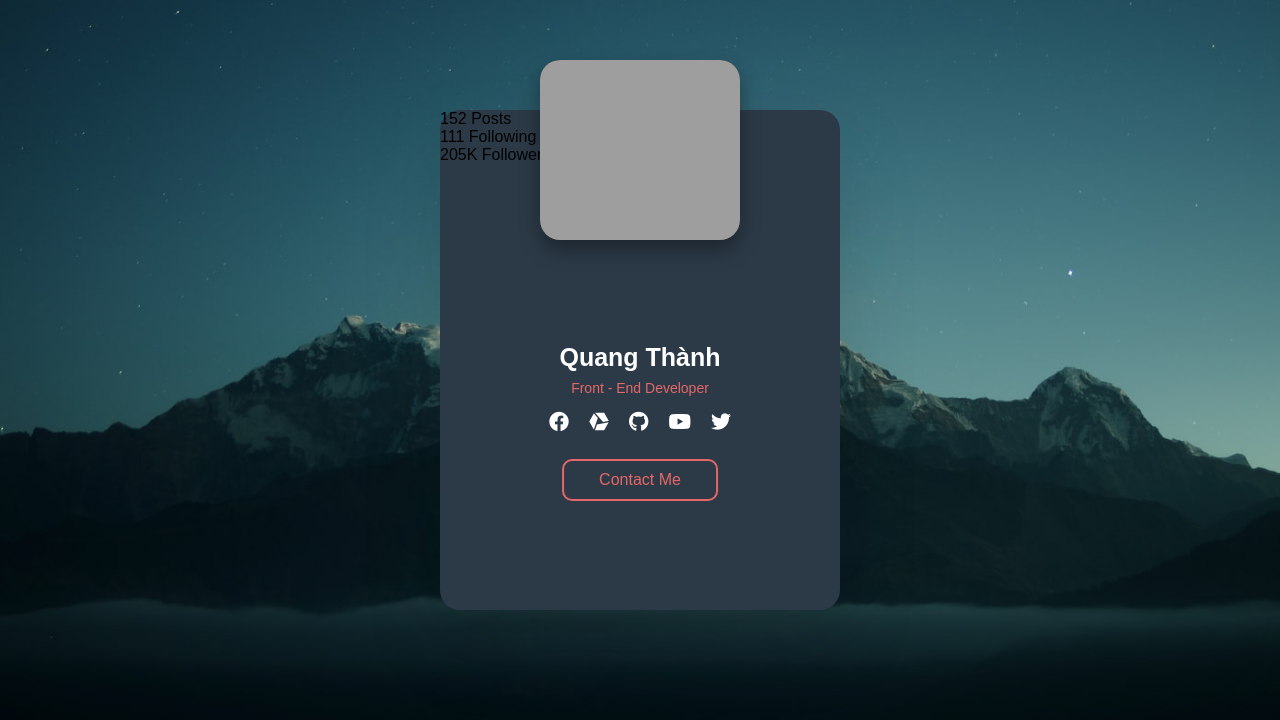
Repository: QuangThanh152/Profile-me
Page: index.html
The author's editor kept a copy of each file at every save. The page is drawn from the files as they stood at one save, then again after the next save.
The browser window is 1280 px wide. The pictures show the whole page.
Pictures or frames that could not be fetched are drawn as grey boxes.

Above is the page before, as saved 2022-10-07 15:50:30.

### index.html
<!DOCTYPE html>
<html lang="en">
<head>
    <meta charset="UTF-8">
    <meta http-equiv="X-UA-Compatible" content="IE=edge">
    <meta name="viewport" content="width=device-width, initial-scale=1.0">
    <link rel="stylesheet" href="./accets/font/fontawesome-free-6.1.2-web/css/all.min.css">
    <link rel="stylesheet" href="./accets/main.css">
    <title>Profile-QT</title>
</head>
<body>
    <div class="card">
        <div class="card-header">
            <img src="./accets/img/IMG_20220202_135645.jpg" alt="" class="img-me">
        </div>
        <div class="content">
            <div class="name">Quang Thành</div>
            <div class="desc">Front - End Developer</div>
            <div class="SocialNetwork">
                <a href="" class="icon"><i class="fa-brands fa-facebook"></i></a>
                <a href="" class="icon"><i class="fa-brands fa-instalod"></i></i></a>
                <a href="" class="icon"><i class="fa-brands fa-github"></i></i></a>
                <a href="" class="icon"><i class="fa-brands fa-youtube"></i></i></a>
                <a href="" class="icon"><i class="fa-brands fa-twitter"></i></i></a>
            </div>
            <a href="" class="btn-contact">Contact Me</a>
        </div>
        <div class="card-footer">
            <div class="number">
                <div class="item">
                    <span>152</span>
                    Posts
                </div>
            </div>
            <div class="number">
                <div class="item">
                    <span>111</span>
                    Following
                </div>
            </div>
            <div class="number">
                <div class="item">
                    <span>205K</span>
                    Followers
                </div>
            </div>
        </div>
    </div>
</body>
</html>

### accets/main.css
* {
    padding: 0;
    margin: 0;
    box-sizing: border-box;
    font-family: 'Poppins', sans-serif;
    text-decoration: none;
}

body {
    min-height: 100vh;
    background: url(/accets/img/img-big.jpg) no-repeat center;
    background-size: cover;
    display: flex;
    justify-content: center;
    align-items: center;
}

.card {
    position: relative;
    width: 400px;
    /* height: 190px; */
    height: 500px;
    border-radius: 20px;
    background: #2c3a47;
    transition: 0.2s;
    box-shadow: 0 35px 80px rgba(0,0,0,0.15);
}
.card:hover {
    height: 500px;
}
.card-header {
    position: absolute;
    background: rgb(21, 19, 19);
    left: 50%;
    top: -50px;
    transform: translateX(-50%);
    width: 200px;
    height: 180px;
    border-radius: 20px;
    box-shadow: 0 10px 20px rgba(0,0,0,0.35);
    overflow: hidden;
    transition: 0.3s;
}
.card:hover .card-header {
    width: 250px;
    height: 250px;
    transition: 0.2s;
}
.img-me {
    position: absolute;
    top: 0;
    left: 0;
    width: 100%;
    height: 100%;
    object-fit: cover;
}
.content {
    position: absolute;
    top: 45%;
    text-align: center;
    align-items: center;
    left: 50%;
    transform: translateX(-50%);
}
.name {
    font-size: 25px;
    font-weight: 600;
    padding: 8px;
    color: #fff;
}
.desc {
    font-size: 14px;
    padding: 0 0 15px 0;
    color: #e66767;
}
.SocialNetwork {
    display: flex;
    justify-content: center;
    margin: 0 0 15px 0;
}
.SocialNetwork a{
    font-size: 20px;
    color: white;
    padding: 0 10px 0;
}
.SocialNetwork a:hover {
    color: #e66767;
}

.btn-contact {
    display: inline-block;
    font-size: 16px;
    padding: 10px 35px;
    border: 2px solid #e66767;
    border-radius: 10px;
    color: #e66767;
    margin-top: 10px;
}
.btn-contact:hover {
    background-color: #e66767;
    color: #f2f2f2;
}

Loaded but not shown: accets/font/fontawesome-free-6.1.2-web/css/all.min.css (library)

After the next save:
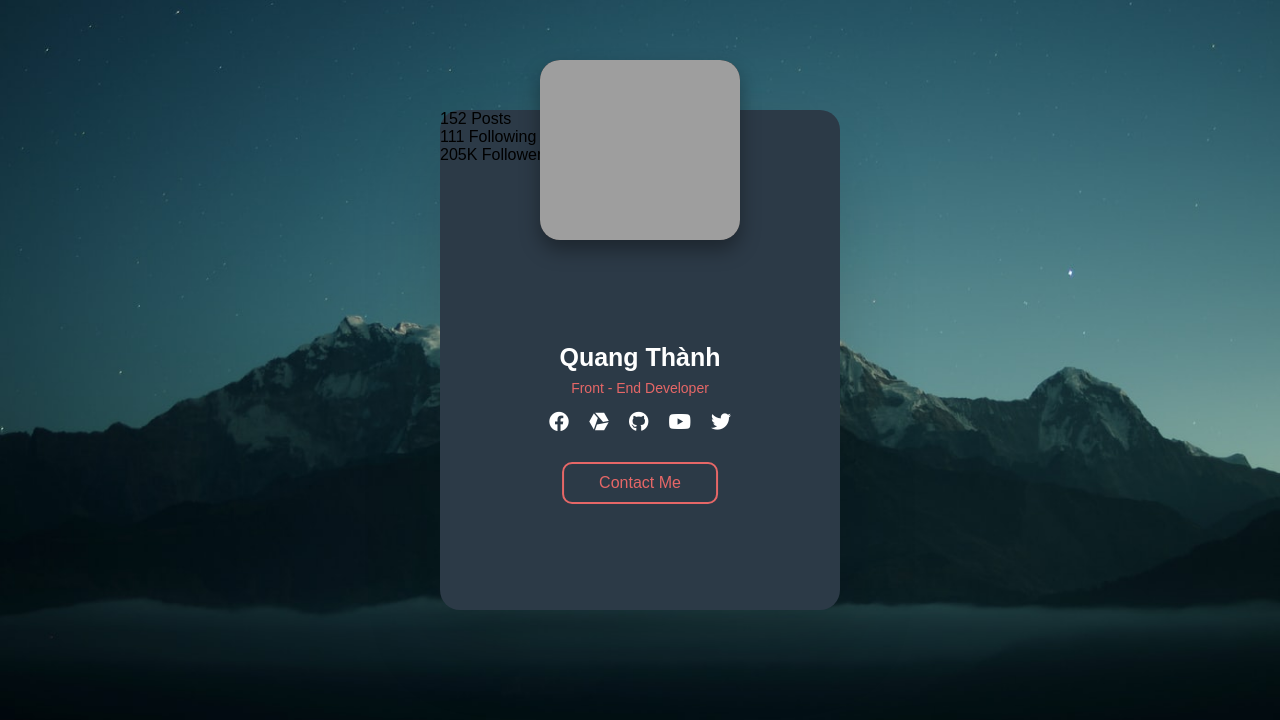
Saved 15 s later.
--- a/accets/main.css
+++ b/accets/main.css
@@ -76,7 +76,7 @@ body {
 .SocialNetwork {
     display: flex;
     justify-content: center;
-    margin: 0 0 15px 0;
+    margin: 0 0 18px 0;
 }
 .SocialNetwork a{
     font-size: 20px;
